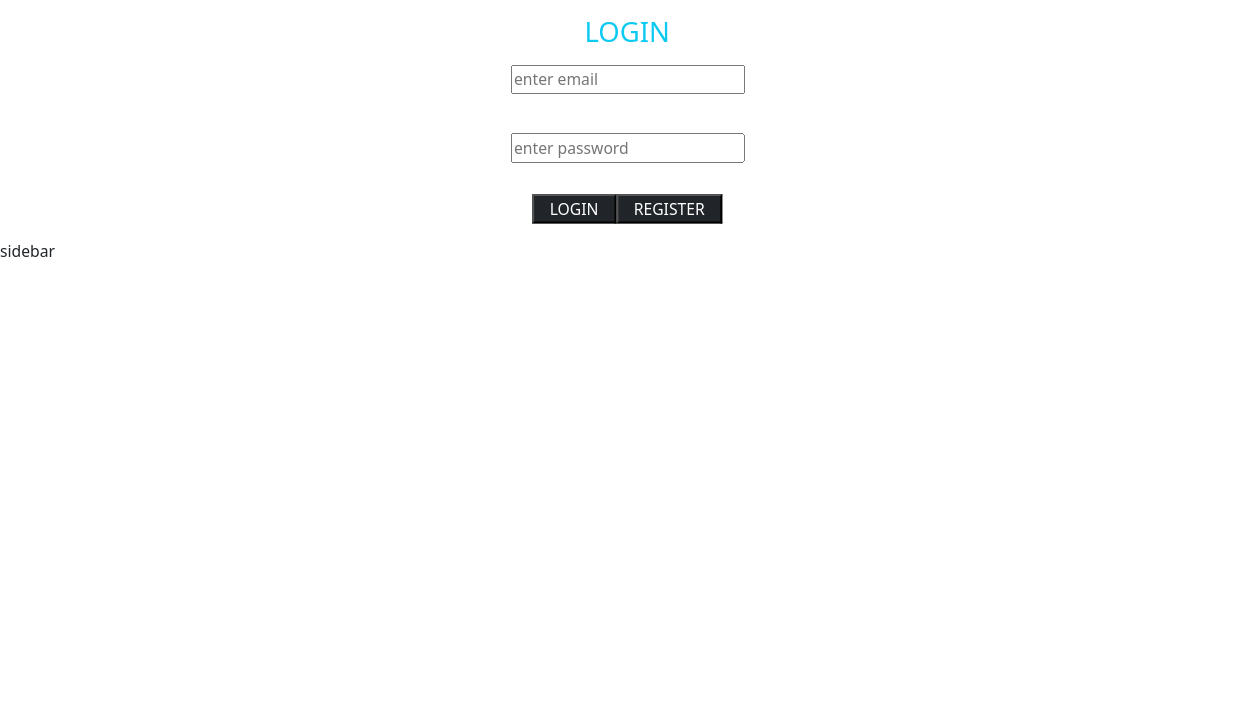
Repository: sreech465/e-prathibha
Page: /
An editor plug-in stored every save of this project. The page is shown before and after the next save, followed by the edit.
The browser window is 1280 px wide. The pictures show the whole page, at 98% of full size.
The project was rebuilt for these pictures with package versions that can differ from the ones it lists, and the page was loaded fresh each time. Also part of the build but not shown: src/Components/Register.js, src/Components/Verify.js, src/Components/Popup.css, src/Components/Popup.js, src/Components/WritExam.css, src/Components/WriteExam.js, src/Components/ListExams.css, src/Components/ListOfExams.js and 4 more.

Above is the page before, as saved 2022-10-18 07:34:26.

After the next save:
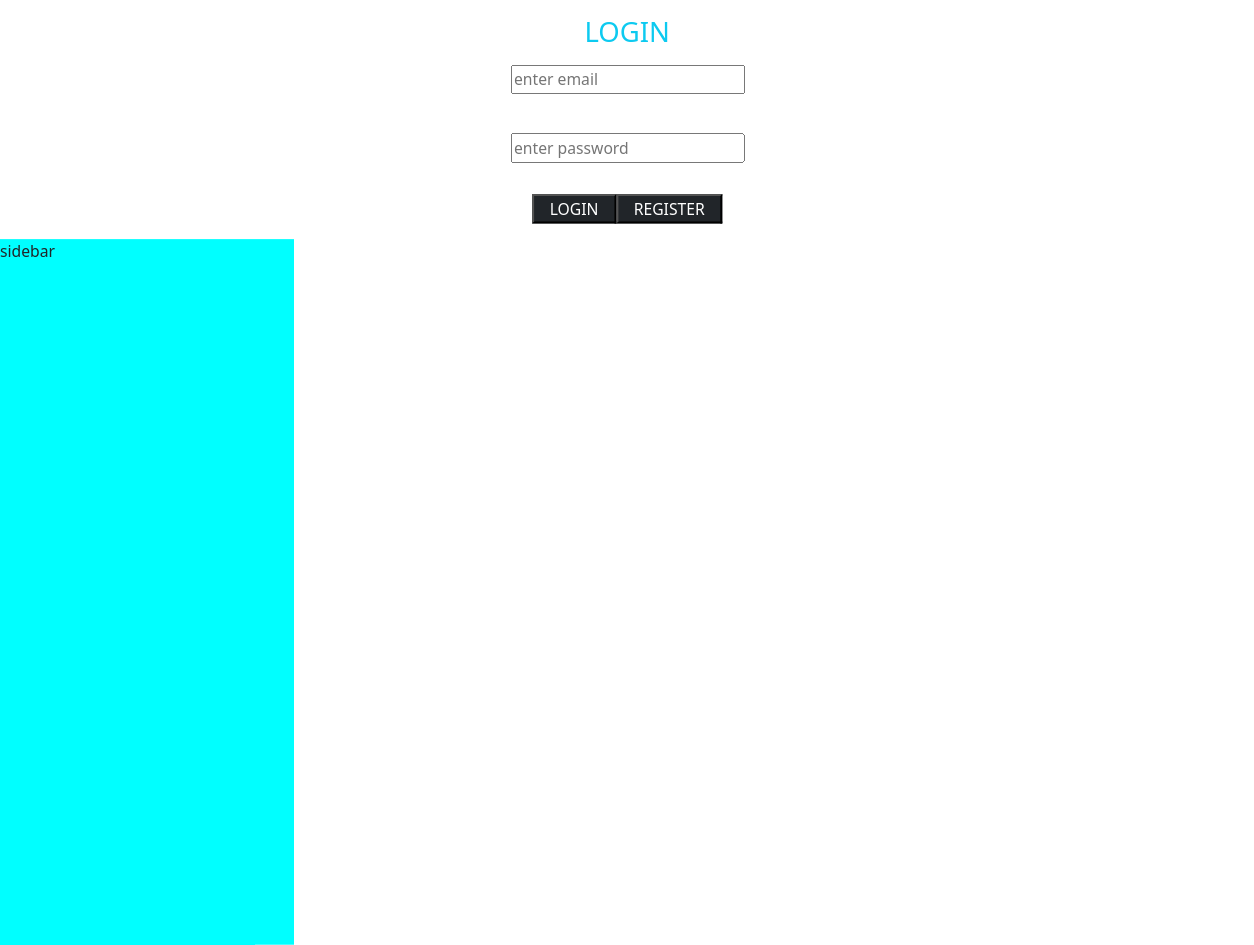
Saved 31 s later.
--- a/src/Components/Sidebar.js
+++ b/src/Components/Sidebar.js
@@ -1,7 +1,7 @@
 import React from "react";
 import "../App.css";
 const Sidebar = () => {
-  return <div>sidebar</div>;
+  return <div className="Sidebar">sidebar</div>;
 };
 
 export default Sidebar;
